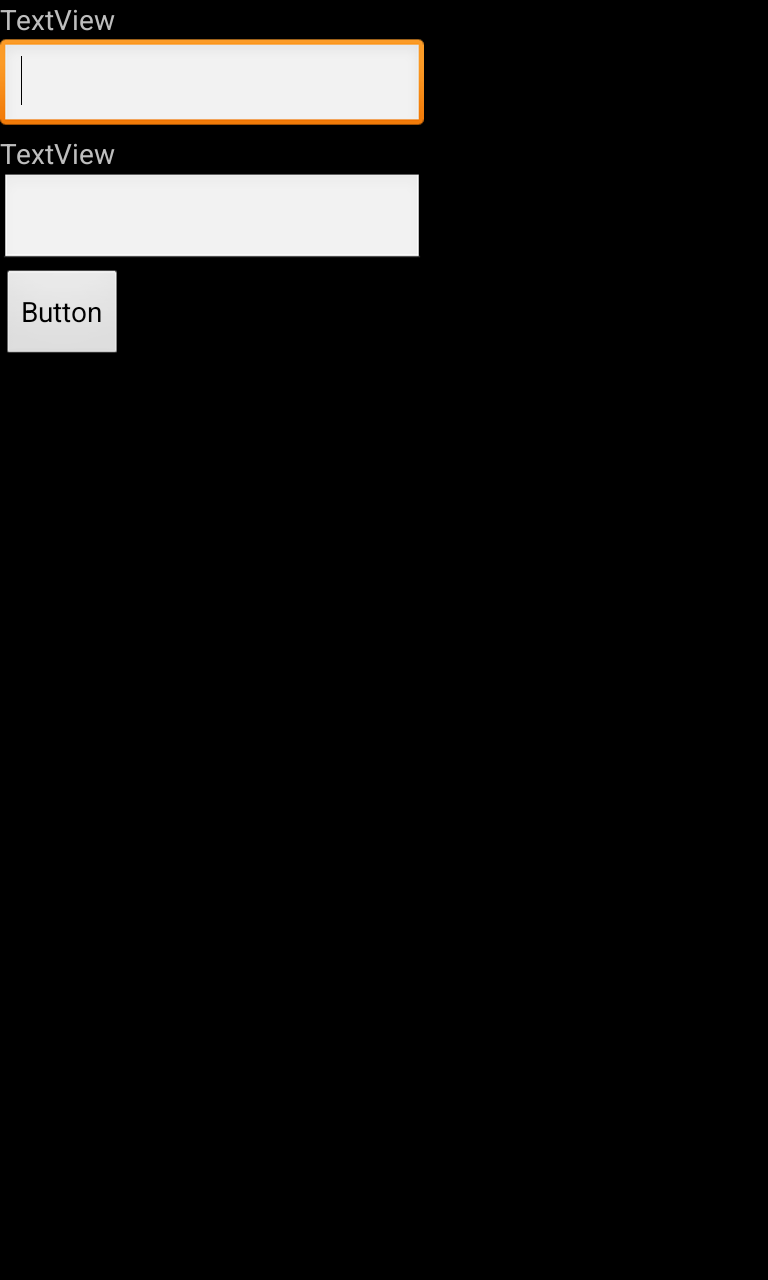
Repository: nuces-acm/DevFest-12-Team-9
Layout: data/Eclipse Workspace of android/Devfest/DCSClientApp/res/layout/main.xml
An editor plug-in stored every save of this project. The layout is shown before and after the next save, followed by the edit.
It is drawn on a 768 x 1280 px phone screen (xhdpi) without system bars, with theme android:Theme; the app's code is not run.

Above is the layout before, as saved 2012-03-31 14:59:42.

After the next save:
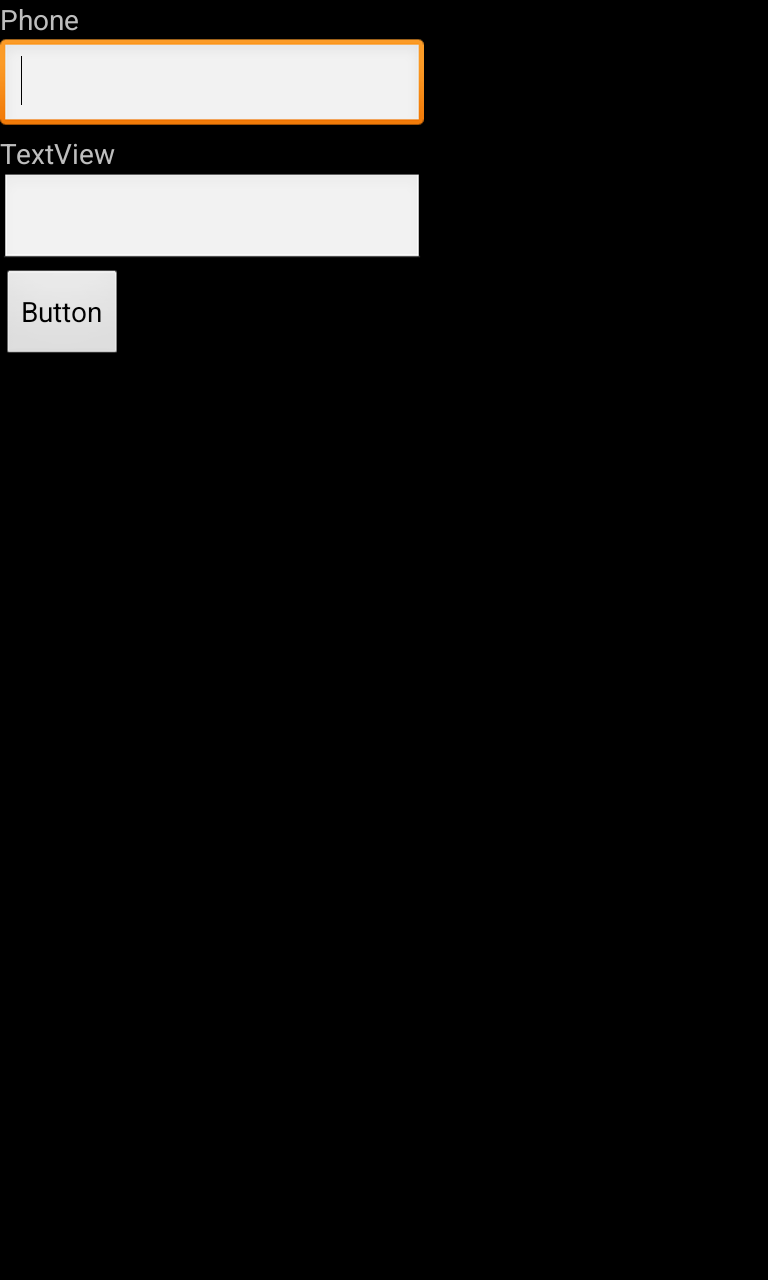
Saved 3 min 37 s later.
--- a/data/Eclipse Workspace of android/Devfest/DCSClientApp/res/layout/main.xml
+++ b/data/Eclipse Workspace of android/Devfest/DCSClientApp/res/layout/main.xml
@@ -8,7 +8,7 @@
         android:id="@+id/textView1"
         android:layout_width="wrap_content"
         android:layout_height="wrap_content"
-        android:text="TextView" />
+        android:text="Phone" />
 
 
 
